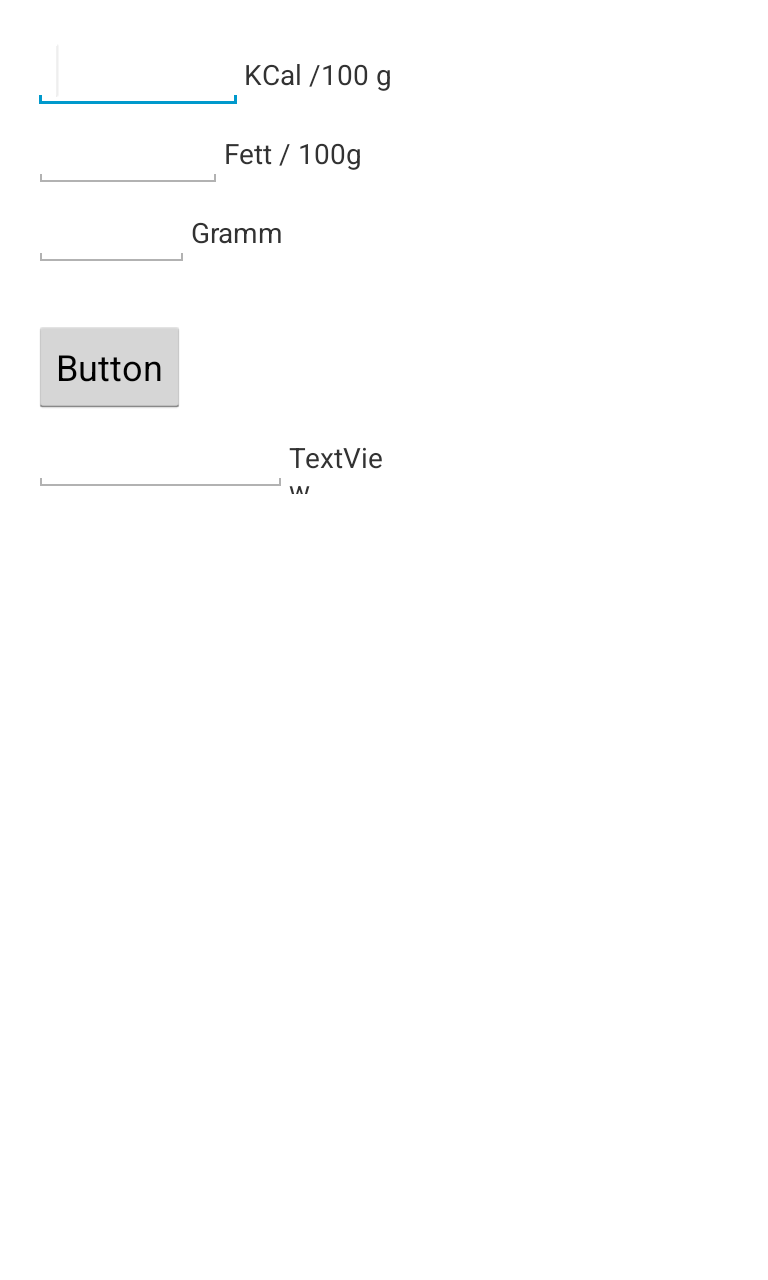
Repository: mikereckhaus/BineWatchers
Layout: BineWatchers/res/layout/activity_main.xml
An editor plug-in stored every save of this project. The layout is shown before and after the next save, followed by the edit.
It is drawn on a 768 x 1280 px phone screen (xhdpi) without system bars, with theme AppTheme; the app's code is not run.

Above is the layout before, as saved 2014-01-06 21:20:35.

After the next save:
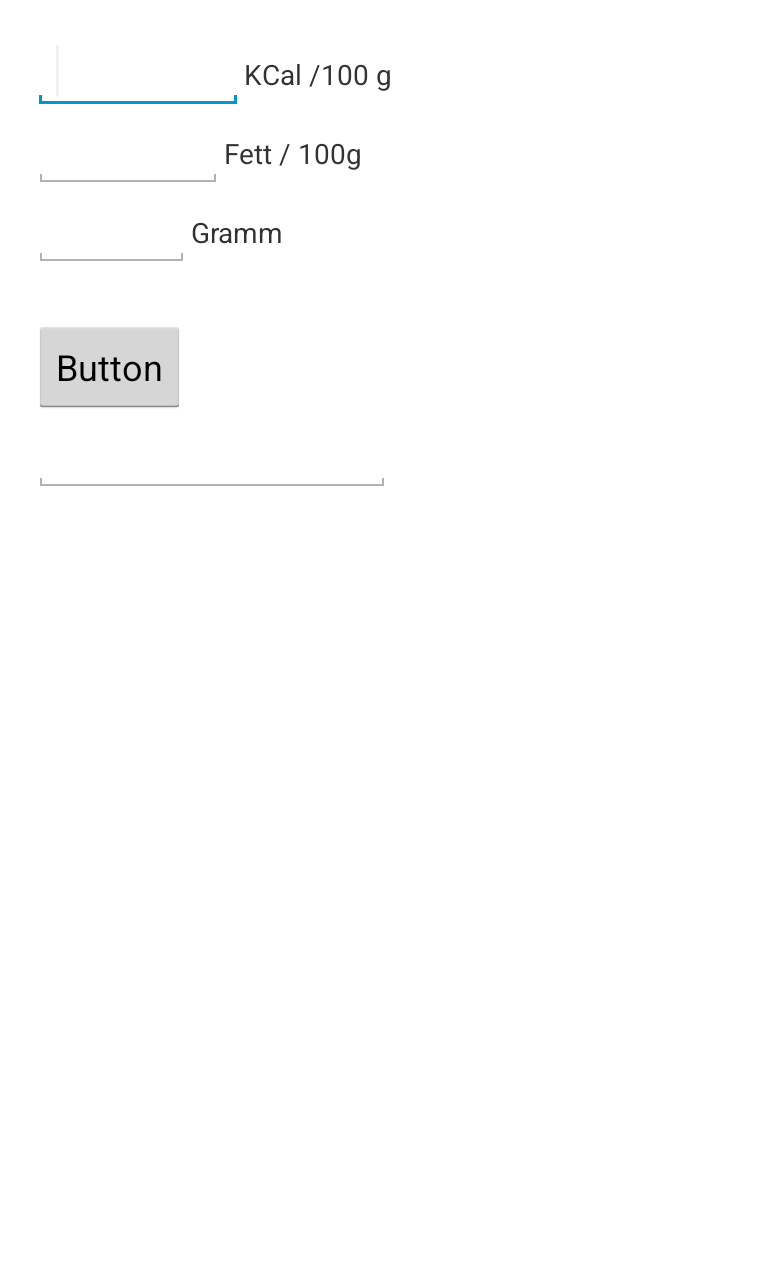
Saved 55 s later.
--- a/BineWatchers/res/layout/activity_main.xml
+++ b/BineWatchers/res/layout/activity_main.xml
@@ -94,13 +94,6 @@
                 android:ems="10"
                 android:inputType="numberDecimal" />
 
-            <TextView
-                android:id="@+id/textView4"
-                android:layout_width="wrap_content"
-                android:layout_height="wrap_content"
-                android:layout_weight="1"
-                android:text="TextView" />
-
         </LinearLayout>
 
     </LinearLayout>
